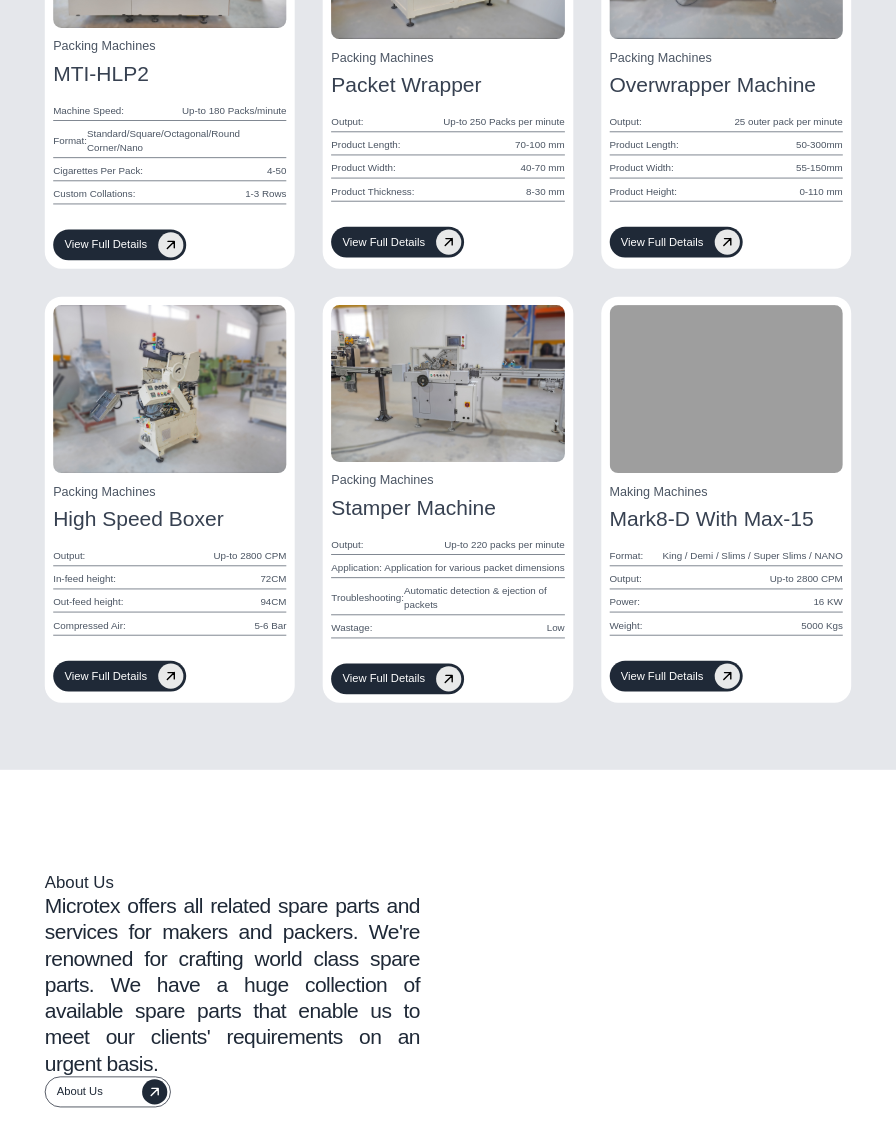
Repository: vespersolutionspk18/microtexwebsite
Page: /
The author's editor kept a copy of each file at every save. The page is drawn from the files as they stood at one save, then again after the next save.
The browser window is 1280 px wide. The pictures show the part of the page from y = 3147 to 5067 px (the page is 4767 px tall before and 5067 px after), at 70% of full size.
Pictures or frames that could not be fetched are drawn as grey boxes. Some web fonts or font styles are not loaded; a fallback is used. The project was rebuilt for these pictures with package versions that can differ from the ones it lists, and the page was loaded fresh each time. The framework's server and built-in components were replaced by stand-ins that run in the browser. Also part of the build but not shown: next.config.mjs.

Above is the page before, as saved 2024-11-18 23:54:19.

After the next save:
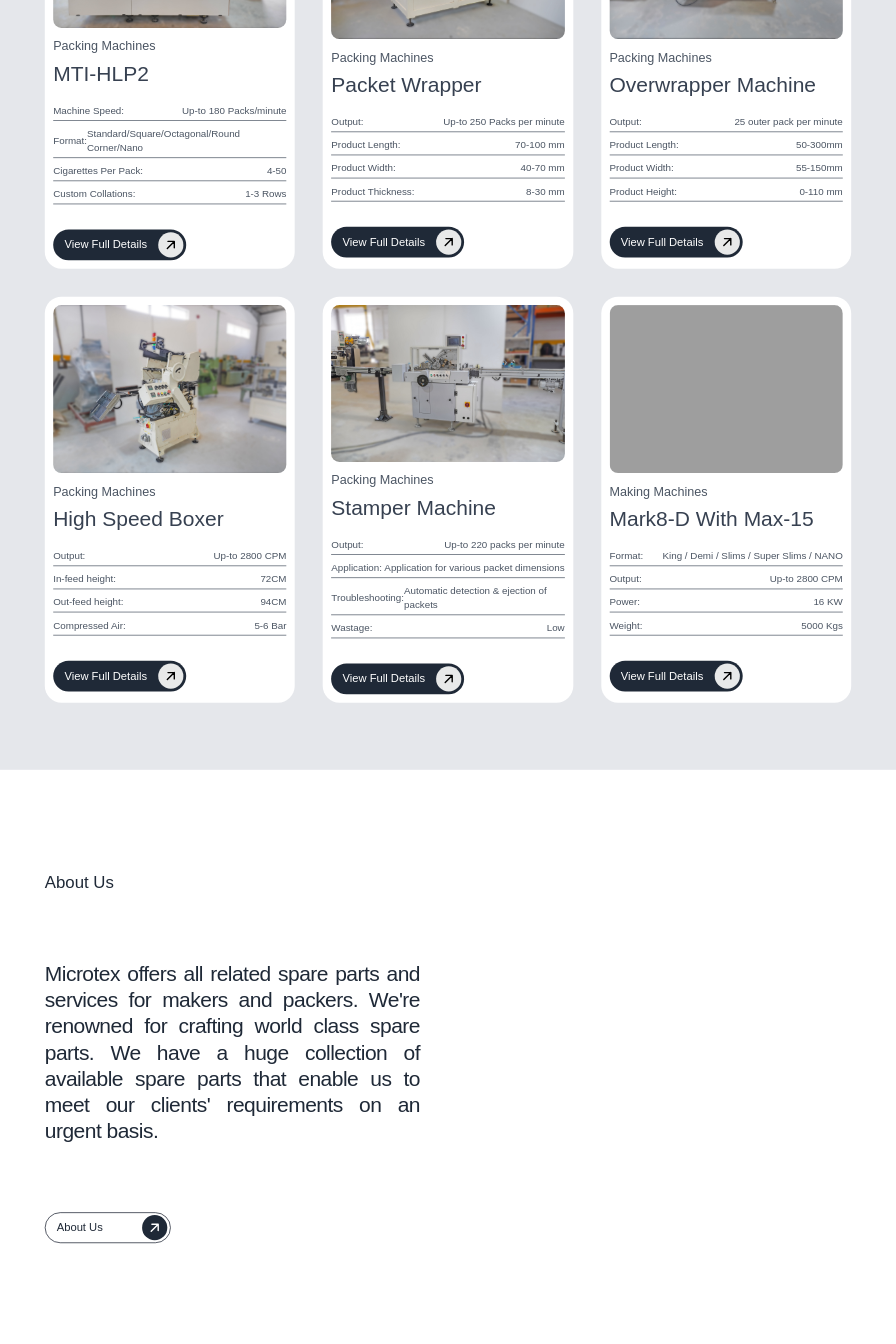
Saved 6 s later.
--- a/app/AboutUsSection.tsx
+++ b/app/AboutUsSection.tsx
@@ -3,7 +3,7 @@ import ButtonArrow from "@/public/assets/buttonarrow.svg";
 import ButtonArrowwhite from "@/public/assets/buttonarrowwhite.svg";
 const AboutUsSection = () => {
   return (
-    <div className="flex h-[440px] flex-row bg-white p-16 mb-20">
+    <div className="flex h-[740px] flex-row bg-white p-16 mb-20">
         <div className="md:w-[50%] mr-20 pt-20 flex flex-col justify-between">
             <h3 className="text-gray-800 font-light text-2xl">About Us</h3>
             <h3 className="text-gray-800 font-light text-justify text-3xl tracking-tight leading-tight">Microtex offers all related spare parts and services for makers and packers. We&apos;re renowned for crafting world class spare parts. We have a huge collection of available spare parts that enable us to meet our clients&apos; requirements on an urgent basis.</h3>
